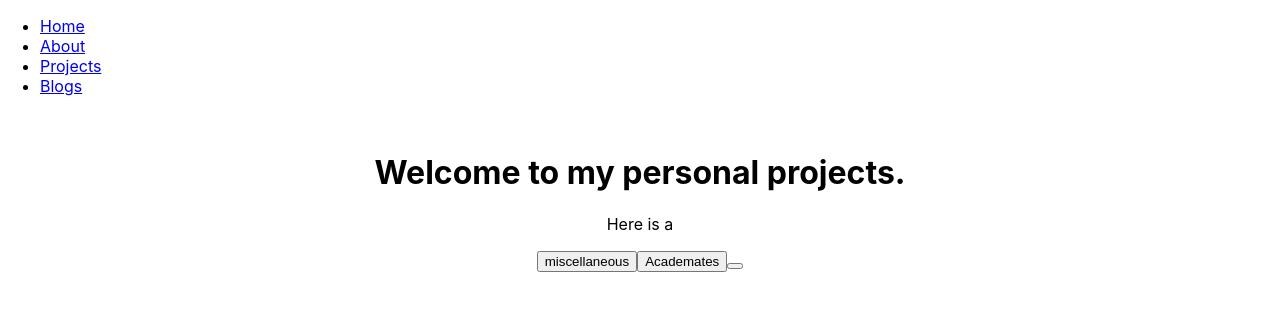
Repository: nicholaschen09/personalWebsite
Page: /projects
The author's editor kept a copy of each file at every save. The page is drawn from the files as they stood at one save, then again after the next save.
The browser window is 1280 px wide. The pictures show the whole page.
The project was rebuilt for these pictures with package versions that can differ from the ones it lists, and the page was loaded fresh each time. Also part of the build but not shown: src/components/About.css, src/components/About.js, src/components/Home.css, src/components/Home.js, src/components/Blog.css, src/components/Blog.js.

Above is the page before, as saved 2024-05-23 00:31:07.

After the next save:
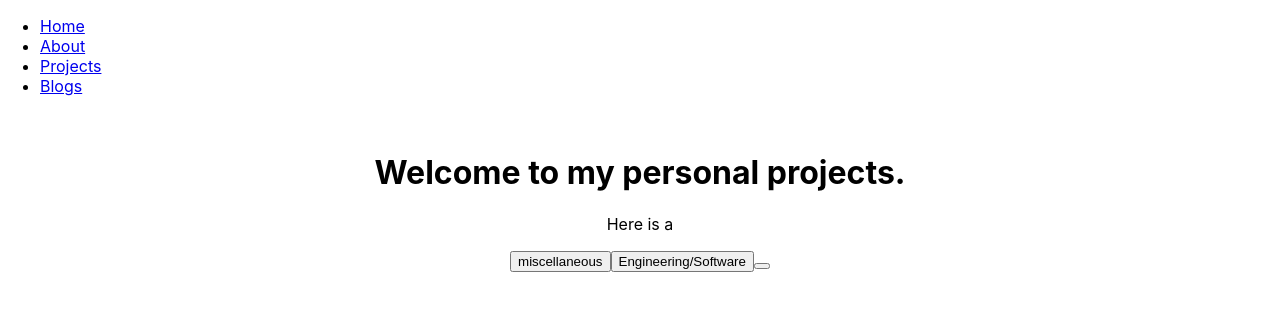
Saved 43 s later.
--- a/src/components/Projects.js
+++ b/src/components/Projects.js
@@ -8,7 +8,7 @@ const Projects = () => {
             <p>Here is a </p>
             <button>miscellaneous</button>
 
-            <button>Academates</button>
+            <button>Engineering/Software</button>
 
             <button></button>
         </div>
